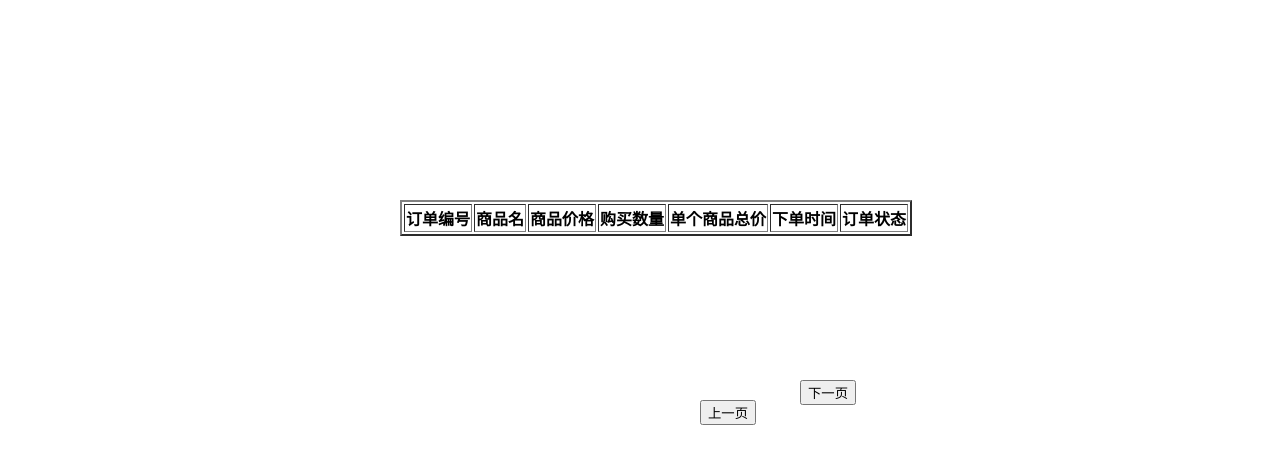
Repository: Gale-student/Gale-student.github.io
Page: http://localhost/weshop/OrdersDetailQueryAllServlet
The author's editor kept a copy of each file at every save. The page is drawn from the files as they stood at one save, then again after the next save.
The browser window is 1280 px wide. The pictures show the whole page.
The page is served by Tomcat 9. Queries for data that is not in the repository find no rows.

Above is the page before, as saved 2022-10-04 09:02:00.

After the next save:
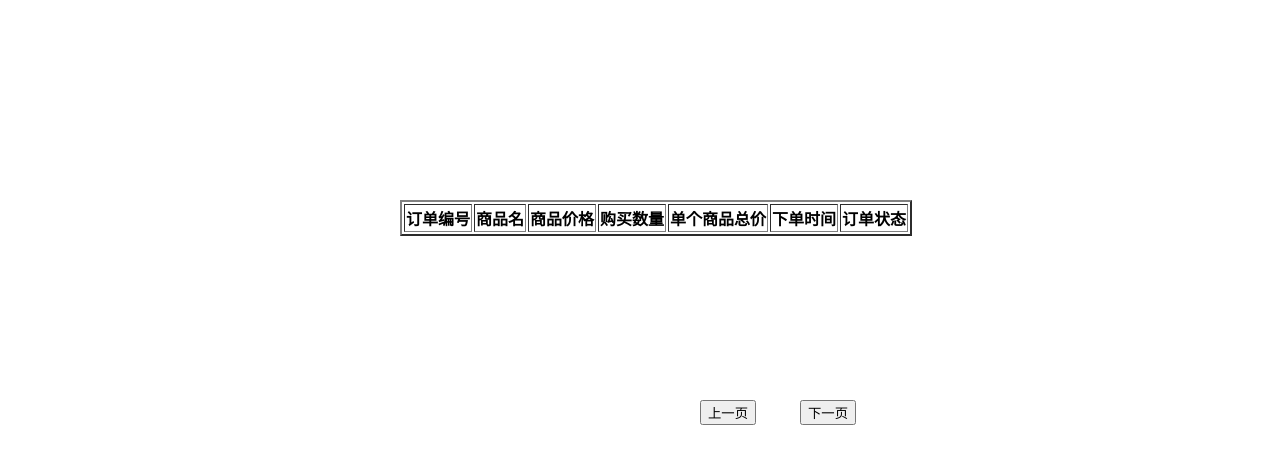
Saved 10 s later.
--- a/WeShop/weshop/WebRoot/WEB-INF/jsp/OrdersQueryOfUser.jsp
+++ b/WeShop/weshop/WebRoot/WEB-INF/jsp/OrdersQueryOfUser.jsp
@@ -52,7 +52,7 @@ String basePath = request.getScheme()+"://"+request.getServerName()+":"+request.
     <form action="" method="post">
        <input type="submit" value="上一页">
     </form>
-    <form style="position: absolute; top: -20px; left: 100px;" action="" method="post">
+    <form style="position: absolute; top: 0px; left: 100px;" action="" method="post">
        <input type="submit" value="下一页">
     </form>
     </div>
